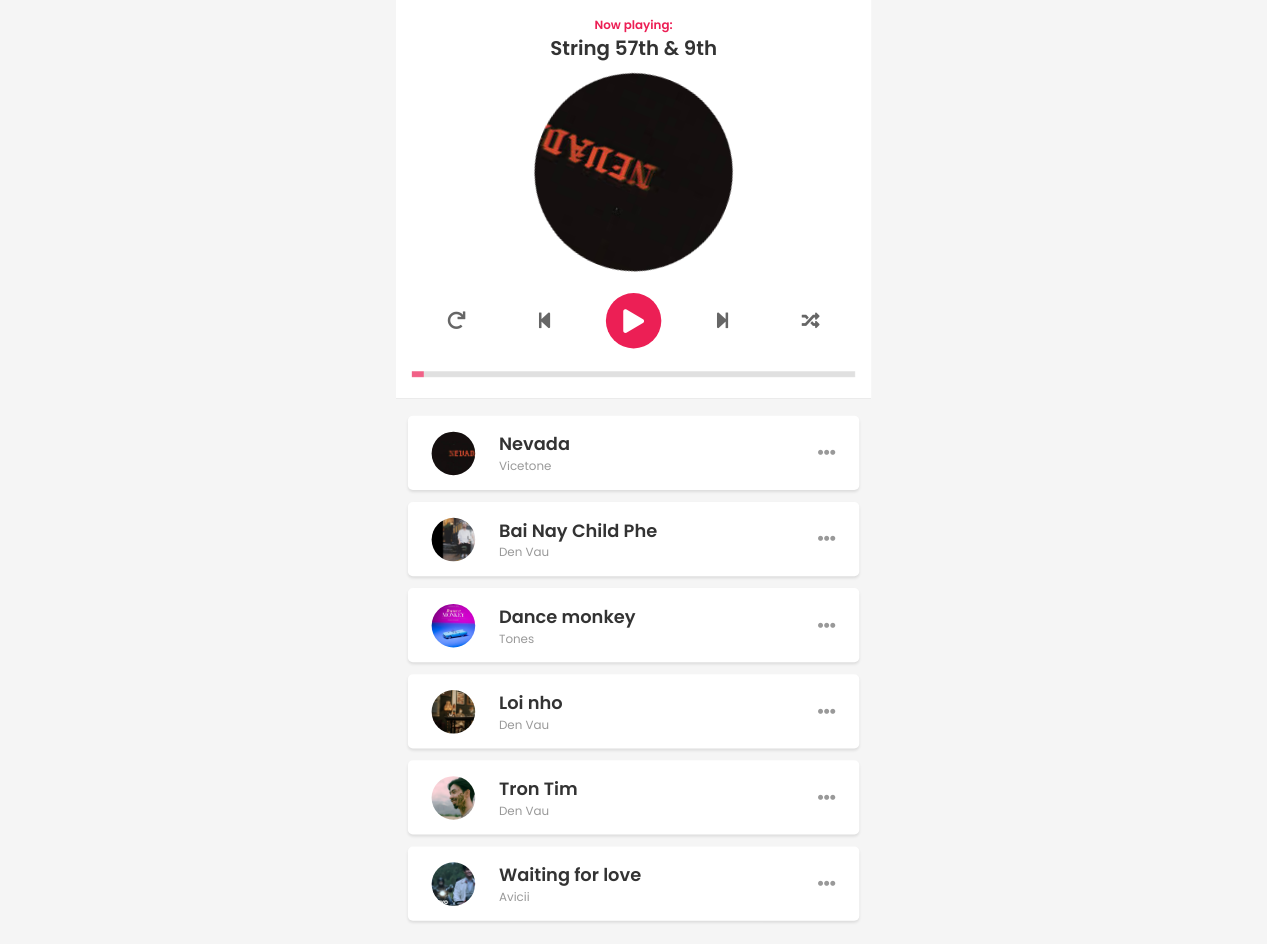
Repository: dovanthao2404/AppMusicPlayer
Page: index.html
The author's editor kept a copy of each file at every save. The page is drawn from the files as they stood at one save, then again after the next save.
The browser window is 1280 px wide. The pictures show the whole page, at 99% of full size.
Pictures or frames that could not be fetched are drawn as grey boxes.

Above is the page before, as saved 2021-06-28 14:10:01.

### index.html
<!DOCTYPE html>
<html lang="en">

<head>
  <meta charset="UTF-8">
  <meta http-equiv="X-UA-Compatible" content="IE=edge">
  <meta name="viewport" content="width=device-width, initial-scale=1.0">
  <title>Music player</title>
  <link rel="stylesheet" href="https://cdnjs.cloudflare.com/ajax/libs/font-awesome/5.15.2/css/all.min.css"
    integrity="sha512-HK5fgLBL+xu6dm/Ii3z4xhlSUyZgTT9tuc/hSrtw6uzJOvgRr2a9jyxxT1ely+B+xFAmJKVSTbpM/CuL7qxO8w=="
    crossorigin="anonymous" />
  <link rel="preconnect" href="https://fonts.gstatic.com">
  <link href="https://fonts.googleapis.com/css2?family=Poppins:wght@300;400;600&display=swap" rel="stylesheet">
  <link rel="stylesheet" href="./css/app.css">
</head>

<body>
  <div class="player">
    <!-- Dashboard -->
    <div class="dashboard">
      <!-- Header -->
      <header>
        <h4>Now playing:</h4>
        <h2>String 57th & 9th</h2>
      </header>

      <!-- CD -->
      <div class="cd">
        <div class="cd-thumb" style="background-image: url('https://i.ytimg.com/vi/jTLhQf5KJSc/maxresdefault.jpg')">
        </div>
      </div>

      <!-- Control -->
      <div class="control">
        <div class="btn btn-repeat">
          <i class="fas fa-redo"></i>
        </div>
        <div class="btn btn-prev">
          <i class="fas fa-step-backward"></i>
        </div>
        <div class="btn btn-toggle-play">
          <i class="fas fa-pause icon-pause"></i>
          <i class="fas fa-play icon-play"></i>
        </div>
        <div class="btn btn-next">
          <i class="fas fa-step-forward"></i>
        </div>
        <div class="btn btn-random">
          <i class="fas fa-random"></i>
        </div>
      </div>

      <input id="progress" class="progress" type="range" value="0" step="1" min="0" max="100">

      <audio id="audio" src=""></audio>
    </div>

    <!-- Playlist -->
    <div class="playlist">

    </div>
  </div>
  <script src="./js/app.js"></script>
</body>

</html>

### css/app.css
:root {
  --primary-color: #ec1f55;
  --text-color: #333;
}

* {
  padding: 0;
  margin: 0;
  box-sizing: inherit;
}

body {
  background-color: #f5f5f5;
}

html {
  box-sizing: border-box;
  font-family: "Poppins", sans-serif;
}

.player {
  position: relative;
  max-width: 480px;
  margin: 0 auto;
}

.player .icon-pause {
  display: none;
}

.player.playing .icon-pause {
  display: inline-block;
}

.player.playing .icon-play {
  display: none;
}

.dashboard {
  padding: 16px 16px 14px;
  background-color: #fff;
  position: fixed;
  top: 0;
  width: 100%;
  max-width: 480px;
  border-bottom: 1px solid #ebebeb;
}

/* HEADER */
header {
  text-align: center;
  margin-bottom: 10px;
}

header h4 {
  color: var(--primary-color);
  font-size: 12px;
}

header h2 {
  color: var(--text-color);
  font-size: 20px;
}

/* CD */
.cd {
  display: flex;
  margin: auto;
  width: 200px;
}

.cd-thumb {
  width: 100%;
  padding-top: 100%;
  border-radius: 50%;
  background-color: #333;
  background-size: cover;
  margin: auto;
}

/* CONTROL */
.control {
  display: flex;
  align-items: center;
  justify-content: space-around;
  padding: 18px 0 8px 0;
}

.control .btn {
  color: #666;
  padding: 18px;
  font-size: 18px;
}

.control .btn.active {
  color: var(--primary-color);
}

.control .btn-toggle-play {
  width: 56px;
  height: 56px;
  border-radius: 50%;
  font-size: 24px;
  color: #fff;
  display: flex;
  align-items: center;
  justify-content: center;
  background-color: var(--primary-color);
}

.progress {
  width: 100%;
  -webkit-appearance: none;
  height: 6px;
  background: #d3d3d3;
  outline: none;
  opacity: 0.7;
  -webkit-transition: 0.2s;
  transition: opacity 0.2s;
}

.progress::-webkit-slider-thumb {
  -webkit-appearance: none;
  appearance: none;
  width: 12px;
  height: 6px;
  background-color: var(--primary-color);
  cursor: pointer;
}

/* PLAYLIST */
.playlist {
  margin-top: 408px;
  padding: 12px;
}

.song {
  display: flex;
  align-items: center;
  margin-bottom: 12px;
  background-color: #fff;
  padding: 8px 16px;
  border-radius: 5px;
  box-shadow: 0 2px 3px rgba(0, 0, 0, 0.1);
}

.song.active {
  background-color: var(--primary-color);
}

.song:active {
  opacity: 0.8;
}

.song.active .option,
.song.active .author,
.song.active .title {
  color: #fff;
}

.song .thumb {
  width: 44px;
  height: 44px;
  border-radius: 50%;
  background-size: cover;
  margin: 0 8px;
}

.song .body {
  flex: 1;
  padding: 0 16px;
}

.song .title {
  font-size: 18px;
  color: var(--text-color);
}

.song .author {
  font-size: 12px;
  color: #999;
}

.song .option {
  padding: 16px 8px;
  color: #999;
  font-size: 18px;
}

### js/app.js
const $ = document.querySelector.bind(document);
const $$ = document.querySelectorAll.bind(document);

const player = $('.player');

const playList = $(".playlist");
const heading = $('header h2');
const cdThumb = $(".cd-thumb");
const audio = $("#audio")
const cd = $('.cd');

const playBtn = $('.btn-toggle-play');

const progress = $('.progress');

const app = {
  currentIndex: 0,
  isPlaying: false,
  songs: [
    {
      name: 'Nevada',
      singer: 'Vicetone',
      path: '../music/nevada.mp3',
      image: '../img/nevada.jpeg'
    }, {
      name: 'Bai Nay Child Phe',
      singer: 'Den Vau',
      path: '../music/child.mp3',
      image: '../img/bainaychildphet.jpg'
    }, {
      name: 'Dance monkey',
      singer: 'Tones',
      path: '../music/dancemokey.mp3',
      image: '../img/dancemonkey.jpg'
    }, {
      name: 'Loi nho',
      singer: 'Den Vau',
      path: '../music/loinho.mp3',
      image: '../img/loinho.jpg'
    }, {
      name: 'Tron Tim',
      singer: 'Den Vau',
      path: '../music/trontim.mp3',
      image: '../img/trontim.jpg'
    }, {
      name: 'Waiting for love',
      singer: 'Avicii',
      path: '../music/waitingforlove.mp3',
      image: '../img/waitingforlove.jpg'
    },

  ],
  render: function () {
    const htmls = this.songs.map(song => {
      return `<div class="song">
      <div class="thumb" style="background-image: url('${song.image}')">
      </div>
      <div class="body">
        <h3 class="title">${song.name}</h3>
        <p class="author">${song.singer}</p>
      </div>
      <div class="option">
        <i class="fas fa-ellipsis-h"></i>
      </div>
    </div>`
    })
    playList.innerHTML = htmls.join('');
  },
  defineProperties: function () {
    Object.defineProperty(this, 'currentSong', {
      get: function () {
        return this.songs[this.currentIndex];
      }
    })
  },
  handlEvents: function () {
    // Xu ly CD quay / dung
    cdThumb.animate([
      { transform: 'rotate(360deg)' }
    ], {
      duration: 10000,
    })

    const _this = this;
    // xu ly phong to thu nho cd
    const cdWidth = cd.offsetWidth;
    document.onscroll = function () {
      const scrollTop = window.scrollY || document.documentElement.scrollTop;

      const newCdWidth = cdWidth - scrollTop;

      cd.style.width = newCdWidth > 0 ? newCdWidth + 'px' : 0 + 'px';

      cd.style.opacity = newCdWidth / cdWidth;
    }

    // xu ly click play
    playBtn.onclick = function () {
      if (_this.isPlaying == true) {
        audio.pause();
      } else {
        audio.play();
      }
    }

    // khi song duoc play
    audio.onplay = function () {
      _this.isPlaying = true;
      player.classList.add("playing");

    }
    // khi song bi pause
    audio.onpause = function () {
      _this.isPlaying = false;
      player.classList.remove("playing");
    }
    // Khi tien do bai hat thay doi
    audio.ontimeupdate = function () {
      if (audio.duration) {
        const progressPercent = Math.floor(audio.currentTime / audio.duration * 100);
        progress.value = progressPercent;
      }
    }

    // xu ly khi tua song
    progress.onchange = function (e) {
      const seekTime = audio.duration * e.target.value / 100;
      audio.currentTime = seekTime;
    }
  },
  loadCurrentSong: function () {
    heading.texContent = this.currentSong.name;
    cdThumb.style.backgroundImage = `url('${this.currentSong.image}')`
    audio.src = this.currentSong.path;
  },
  start: function () {

    // Dinh nghia cac thuoc tinh cho object
    this.defineProperties()

    // Lang nghe xu ly su kien
    this.handlEvents()
    // Tai bai dau tien vao UI khi chay
    this.loadCurrentSong();
    // render playlist
    this.render()

  },
}
app.start();

After the next save:
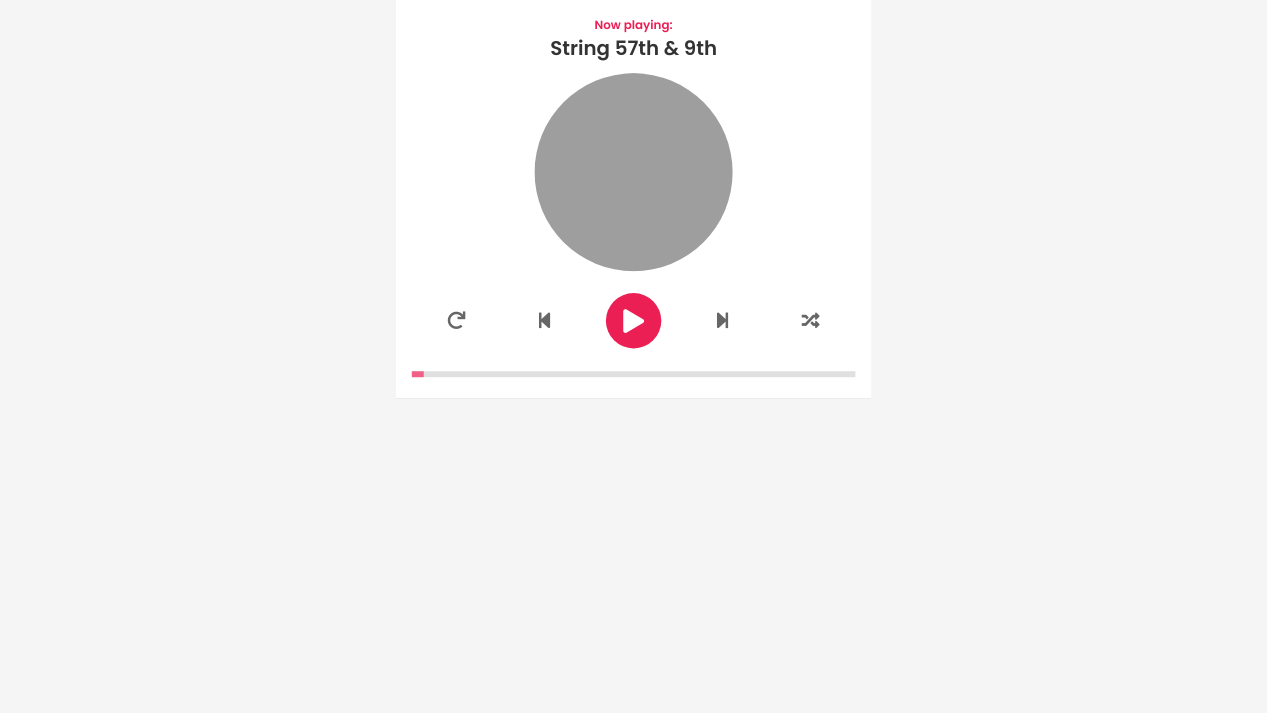
Console error: SyntaxError: Unexpected token ';'
Saved 30 s later.
--- a/js/app.js
+++ b/js/app.js
@@ -79,6 +79,7 @@
       { transform: 'rotate(360deg)' }
     ], {
       duration: 10000,
+      interations: infinity;
     })
 
     const _this = this;

After the save that followed:
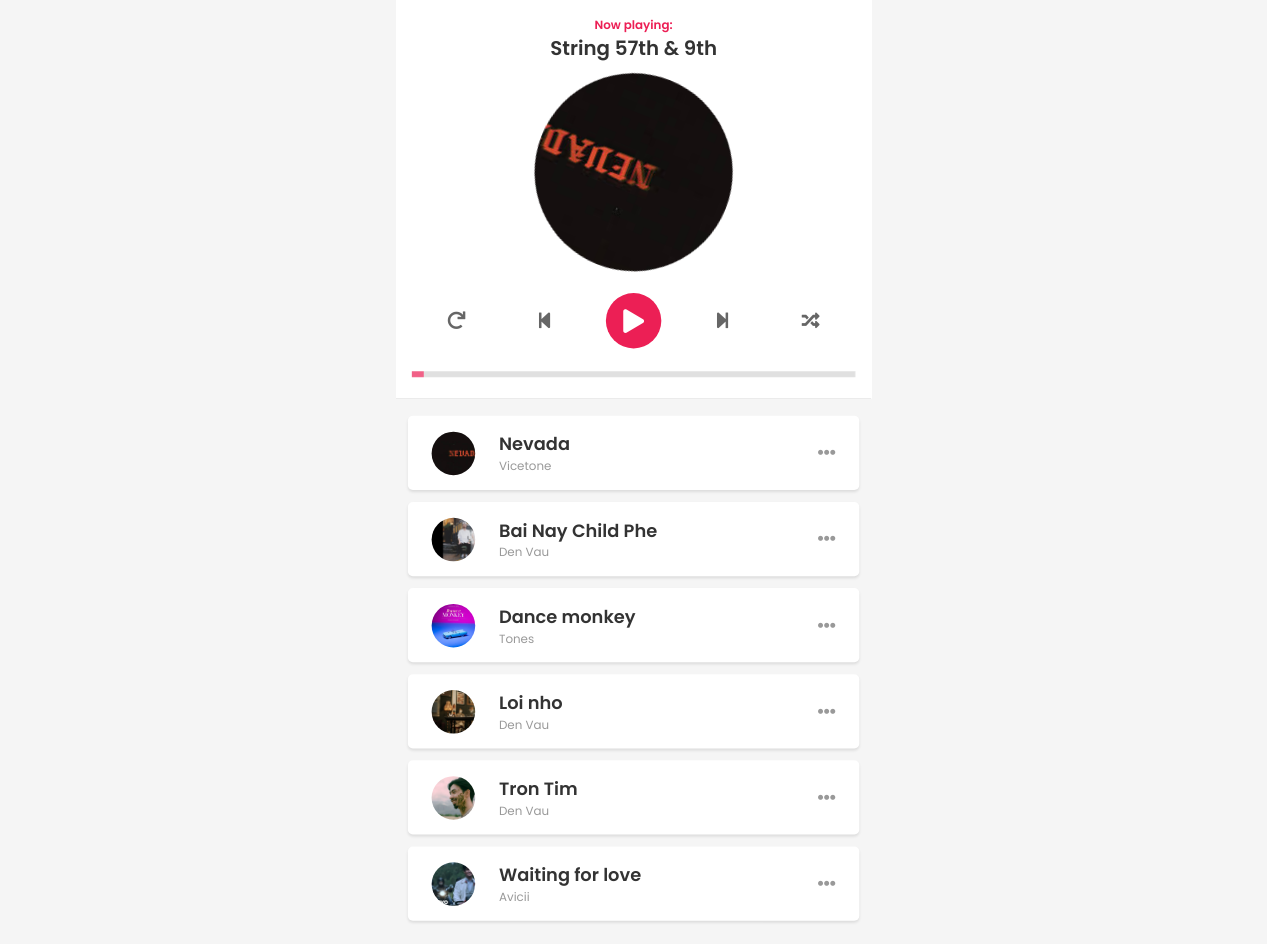
The error is gone.
Saved 8 s later.
--- a/js/app.js
+++ b/js/app.js
@@ -79,7 +79,7 @@
       { transform: 'rotate(360deg)' }
     ], {
       duration: 10000,
-      interations: infinity;
+      interations: Infinity,
     })
 
     const _this = this;
